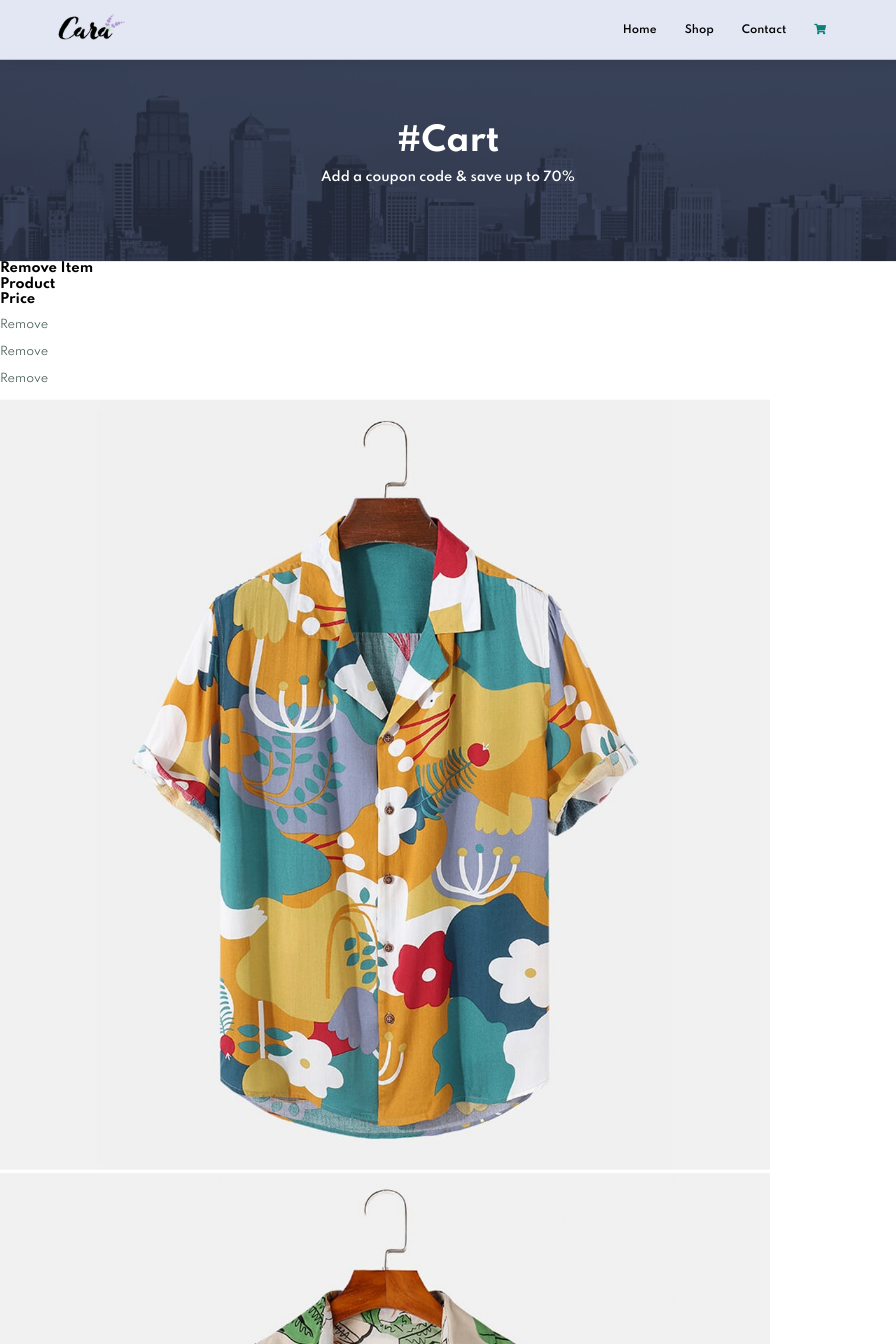
Repository: Daryllgio/E-Commerce-Website-UI
Page: cart.html
An editor plug-in stored every save of this project. The page is shown before and after the next save, followed by the edit.
The browser window is 1280 px wide. The pictures show the part of the page from y = 0 to 1920 px (the page is 4349 px tall), at 70% of full size.
Some web libraries are served in a nearby version.

Above is the page before, as saved 2025-01-02 01:30:27.

### cart.html
<!DOCTYPE html>
<html lang="en">

<head>
    <meta charset="UTF-8">
    <meta http-equiv="X-UA-Compatible" content="IE=edge">
    <meta name="viewport" content="width=device-width, initial-scale=1.0">
    <title>Document</title>

    <link rel="stylesheet" href="https://pro.fontawesome.com/releases/v5.10.0/css/all.css" />

    <link rel="stylesheet" href="style.css">
</head>

<body>
    <section id="header">
        <a href="#"><img src="img/logo.png" id="logo" class="logo" alt=""></a>

        <div>
            <ul id="navbar">
                <li>
                    <a href="index.html">Home</a>
                </li>
                <li>
                    <a href="shop.html">Shop</a>
                </li>
                <li>
                    <a href="contact.html">Contact</a>
                </li>
                <li>
                    <a class="active" href="cart.html"><i class="fa fa-shopping-cart" aria-hidden="true"></i></a>
                </li>

            </ul>
        </div>
    </section>

    <section id="CartPageheader" class="section-p1">
        <h2>#Cart</h2>
        <p>Add a coupon code & save up to 70%</p>
    </section>

    <section id="Cart-Summary-Container">
        <div>
            <h3>
                Remove Item
            </h3>
            <h3>
                Product
            </h3>
            <h3>
                Price
            </h3>

        </div>
        <div>
            <p>
                Remove
            </p>
            <p>
                Remove
            </p>
            <p>
                Remove
            </p>
        </div>

        <div>
            <img src="img/products/f1.jpg" class="option" alt="">
            <img src="img/products/f2.jpg" class="option" alt="">
            <img src="img/products/f3.jpg" class="option" alt="">
        </div>

        <div>
            <p>
                Cartoon Astronaut T-Shirts
            </p>
            <p>
                Cartoon Astronaut T-Shirts
            </p>
            <p>
                Cartoon Astronaut T-Shirts
            </p>
        </div>
        <div>
            <p>
                $118.9
            </p>
            <p>
                $118.9
            </p>
            <p>
                $118.9
            </p>
        </div>

        <div>
            <div class="Product-Num-Container">
                <div class="dropdown">
                    <button class="Size-btn" onclick="toggleDropdown('myDropdown2')">1</button>
                    <div class="dropdown-content" id="myDropdown2">
                        <a href="#" onclick="updateButtonText('myDropdown2', this)">1</a>
                        <a href="#" onclick="updateButtonText('myDropdown2', this)">2</a>
                        <a href="#" onclick="updateButtonText('myDropdown2', this)">3</a>
                        <a href="#" onclick="updateButtonText('myDropdown2', this)">4</a>
                        <a href="#" onclick="updateButtonText('myDropdown2', this)">5</a>
                        <a href="#" onclick="updateButtonText('myDropdown2', this)">6</a>
                        <a href="#" onclick="updateButtonText('myDropdown2', this)">7</a>
                        <a href="#" onclick="updateButtonText('myDropdown2', this)">8</a>
                        <a href="#" onclick="updateButtonText('myDropdown2', this)">9</a>
                        <a href="#" onclick="updateButtonText('myDropdown2', this)"></a>
                    </div>
                </div>
            </div>
            <div class="Product-Num-Container">
                <div class="dropdown">
                    <button class="Size-btn" onclick="toggleDropdown('myDropdown2')">1</button>
                    <div class="dropdown-content" id="myDropdown2">
                        <a href="#" onclick="updateButtonText('myDropdown2', this)">1</a>
                        <a href="#" onclick="updateButtonText('myDropdown2', this)">2</a>
                        <a href="#" onclick="updateButtonText('myDropdown2', this)">3</a>
                        <a href="#" onclick="updateButtonText('myDropdown2', this)">4</a>
                        <a href="#" onclick="updateButtonText('myDropdown2', this)">5</a>
                        <a href="#" onclick="updateButtonText('myDropdown2', this)">6</a>
                        <a href="#" onclick="updateButtonText('myDropdown2', this)">7</a>
                        <a href="#" onclick="updateButtonText('myDropdown2', this)">8</a>
                        <a href="#" onclick="updateButtonText('myDropdown2', this)">9</a>
                        <a href="#" onclick="updateButtonText('myDropdown2', this)"></a>
                    </div>
                </div>
            </div>
            <div class="Product-Num-Container">
                <div class="dropdown">
                    <button class="Size-btn" onclick="toggleDropdown('myDropdown2')">1</button>
                    <div class="dropdown-content" id="myDropdown2">
                        <a href="#" onclick="updateButtonText('myDropdown2', this)">1</a>
                        <a href="#" onclick="updateButtonText('myDropdown2', this)">2</a>
                        <a href="#" onclick="updateButtonText('myDropdown2', this)">3</a>
                        <a href="#" onclick="updateButtonText('myDropdown2', this)">4</a>
                        <a href="#" onclick="updateButtonText('myDropdown2', this)">5</a>
                        <a href="#" onclick="updateButtonText('myDropdown2', this)">6</a>
                        <a href="#" onclick="updateButtonText('myDropdown2', this)">7</a>
                        <a href="#" onclick="updateButtonText('myDropdown2', this)">8</a>
                        <a href="#" onclick="updateButtonText('myDropdown2', this)">9</a>
                        <a href="#" onclick="updateButtonText('myDropdown2', this)"></a>
                    </div>
                </div>
            </div>
        </div>
        <div>
            <h3>
                SubTotal
            </h3>
            <p>
                $118.9
            </p>
            <p>
                $118.9
            </p>
            <p>
                $118.9
            </p>
        </div>
    </section>


    <script src="script.js"></script>

</body>

</html>

### style.css
@import url("https://fonts.googleapis.com/css2?family=Spartan:wght@100;200;300;400;500;600;700;800;900&display=swap");

* {
  margin: 0;
  padding: 0;
  box-sizing: border-box;
  font-family: "Spartan", sans-serif;
}

html {
  scroll-behavior: smooth;
}

/* Global Styles */

h1 {
  font-size: 50px;
  line-height: 64px;
  color: #222;
}

h2 {
  font-size: 46px;
  line-height: 54px;
  color: #222;
}

h4 {
  font-size: 20px;
  color: #222;
}

h6 {
  font-weight: 700;
  font-size: 12px;
}

p {
  font-size: 16px;
  color: #465b52;
  margin: 15px 0 20px 0;
}

.section-p1 {
  padding: 40px 80px;
}

.section-m1 {
  margin: 40px 0;
}

button.normal {
  font-size: 14px;
  font-weight: 400;
  padding: 15px 20px;
  border-radius: 5px;
  cursor: pointer;
  border: none;
  outline: none;
  transition: 0.3s;
}

body {
  width: 100%;
}

#header {
  display: flex;
  align-items: center;
  justify-content: space-between;
  padding: 20px 80px;
  background: #E3E6F3;
  box-shadow: 0 5px 15px rgba(0, 0, 0, 0.06);
  position: sticky;
  top: 0;
  left: 0;

}



#navbar {
  display: flex;
  align-items: center;
  justify-content: center;
}

#navbar li {
  list-style: none;
  padding: 0px 20px;
}

#navbar li a {
  text-decoration: none;
  font-size: 15px;
  font-weight: 600;
  color: #000;
  transition: 0.3s ease;
}

#navbar li a:hover,
#navbar li a.active {
  color: #088178;
}

#HomeHeaderContent {
  background-image: url("img/hero4.png");
  height: 90vh;
  width: 100%;
  background-size: cover;
  background-position: top 25% right 0;
  padding: 0 80px;
  align-items: flex-start;
  display: flex;
  flex-direction: column;
  justify-content: center;
}

#HomeHeaderContent h4 {
  margin-bottom: 10px;
}

#HomeHeaderContent h1 {
  color: #088178;
}

#HomeHeaderContent button {
  color: #088178;
  background-image: url("img/button.png");
  font-size: 15px;
  font-weight: 600;
  background-color: transparent;
  border: 0;
  padding: 14px 80px 14px 65px;
  background-repeat: no-repeat;
  cursor: pointer;
}

#Features {
  display: flex;
  justify-content: space-between;
}

#Features .fe-box {
  width: 200px;
  text-align: center;
  padding: 35px 25px;
  border: 1px solid #cce7d0;
  box-shadow: 20px 20px 34px rgba(0, 0, 0, 0.03);
  border-radius: 10px;
}

#Features .fe-box:hover {
  box-shadow: 10px 10px 54px rgba(0, 0, 0, 0.1);
}

#Features .fe-box img {
  margin-bottom: 10px;
}

#Features .fe-box h6 {
  font-size: 13px;
  display: inline-block;
  line-height: 1;
  border-radius: 4px;
  color: #088178;
  background-color: #fddde4;
  padding: 9px 8px 6px 8px;
}

#Features .fe-box:nth-child(2) h6 {
  background-color: #cdebbc;
}

#Features .fe-box:nth-child(3) h6 {
  background-color: #d1e8f2;
}

#Features .fe-box:nth-child(4) h6 {
  background-color: #cdd4f8;
}

#Features .fe-box:nth-child(5) h6 {
  background-color: #f6dbf6;
}

#Features .fe-box:nth-child(6) h6 {
  background-color: #fff2e5;
}

#product1 {
  text-align: center;
}

#product1 .pro {
  width: 23%;
  min-width: 250px;
  padding: 10px 25px;
  border: 1px solid #f0f0f0;
  border-radius: 20px;
  cursor: pointer;
  box-shadow: 20px 20px 30px rgba(0, 0, 0, 0.02);
  transition: 0.3s ease;
}

#product1 .pro:hover {
  box-shadow: 20px 20px 30px rgba(0, 0, 0, 0.06);

}

#product1 .pro img {
  width: 100%;
  border-radius: 20px;
}

#product1 .pro .des {
  text-align: start;
  padding: 10px 0;
}

#product1 .pro .des span {
  color: #606063;
  font-size: 12px;
}

#product1 .pro .des h5 {
  color: #1a1a1a;
  font-size: 14px;
  padding-top: 7px;
}

#product1 .pro .des .fa-star {
  color: rgb(243, 181, 25);
  font-size: 12px;
}

#product1 .pro .des h4 {
  font-size: 16px;
  padding-top: 7px;
  font-weight: 700;
  color: #088178;

}

#product1 .pro .Shop {
  display: flex;
  justify-content: space-between;
}

#product1 .pro .des .fa-shopping-cart {
  width: 40px;
  height: 40px;
  line-height: 40px;
  border-radius: 50px;
  font-size: 17px;
  background-color: #e8f6ea;
  font-weight: 500;
  color: #088178;
  border: 1px solid #cce7d0;
  text-align: center;
}

#product1 .pro-container {
  display: flex;
  justify-content: space-between;
  padding: 20px;
  flex-wrap: wrap;
}


#banner {
  background-image: url("img/banner/b2.jpg");
  height: 40vh;
  width: 100%;
  background-size: cover;
  background-position: top 25% right 0;
  padding: 0 80px;
  text-align: center;
  display: flex;
  flex-direction: column;
  align-items: center;
  justify-content: center;
}

#banner p {
  font-size: 15px;
  margin-bottom: 15px;
  font-weight: 400;
  color: #ffffff;
}

#banner h2 {
  color: #fff;
  margin-bottom: 15px;
}

#banner span {
  color: red;
}

#banner button:hover {
  color: #fff;
  background-color: #088178;
}



#sm-banner {
  display: flex;
  justify-content: space-between;
  flex-wrap: wrap;
  margin-bottom: 10px;
}

#sm-banner .banner-box {
  background-image: url("img/banner/b17.jpg");
  height: 50vh;
  min-width: 620px;
  background-size: cover;
  padding: 0 20px;
  display: flex;
  flex-direction: column;
  align-items: flex-start;
  justify-content: center;

}

#sm-banner .banner-box:nth-child(2) {
  background-image: url("img/banner/b10.jpg");
}

#sm-banner p {
  font-size: 20px;
  color: #fff;
}

#sm-banner h2 {
  color: #fff;
}

#sm-banner span {
  font-size: 17px;
  color: #fff;
  margin-top: 15px;
}

#sm-banner button {
  margin-top: 25px;
  background-color: transparent;
  color: #fff;
  border: 1px solid #fff;
  transition: 0.3s ease;

}

#sm-banner button:hover {
  border: 0;
  background-color: #088178;
}




#sm-banner2 {
  display: flex;
  justify-content: space-between;
}

#sm-banner2 .banner-box {
  background-image: url("img/banner/b7.jpg");
  height: 30vh;
  width: 420px;
  background-size: cover;
  padding: 0 20px;
  display: flex;
  flex-direction: column;
  align-items: flex-start;
  justify-content: center;
  overflow: hidden;

}

#sm-banner2 .banner-box:nth-child(2) {
  background-image: url("img/banner/b4.jpg");
}

#sm-banner2 .banner-box:nth-child(3) {
  background-image: url("img/banner/b18.jpg");
}

#sm-banner2 h3 {
  font-size: 28px;
  color: #fff;
}

#sm-banner2 span {
  font-size: 17px;
  color: #fff;
  font-weight: 600;
  margin-top: 15px;
}

#sm-NewsLetter {
  background-image: url("img/banner/b14.png");
  background-repeat: no-repeat;
  height: 20vh;
  width: 100%;
  background-size: cover;
  background-position: top 25% right 30%;
  background-color: #041e42;
}

#sm-NewsLetter .Newsletters-Container {
  justify-content: space-between;
  padding: 0 10px;
  display: flex;
  flex-direction: row;
  align-items: center;
}

#sm-NewsLetter .Newsletters-Container h3 {
  color: #fff;
  font-size: 24px;
}

#sm-NewsLetter .Newsletters-Container p {
  color: #fff;
}

#sm-NewsLetter .Newsletters-Container span {
  color: rgb(243, 181, 25);
}

#sm-NewsLetter .Newsletters-Input {
  display: flex;
}

#sm-NewsLetter input {
  width: 400px;
  border: 0;
  border-radius: 5px;
  border-top-right-radius: 0;
  border-bottom-right-radius: 0;
  height: 55px;
  padding-left: 30px;
  font-size: 16px;
}

#sm-NewsLetter button {
  width: 150px;
  height: 55px;
  font-size: 16px;
  color: #fff;
  background-color: #088178;
  border: 0;
  border-radius: 5px;
  border-top-left-radius: 0;
  border-bottom-left-radius: 0;
}

#Footer {
  display: flex;
  flex-direction: row;
  justify-content: space-between;
}

#Footer .Footer-box {
  display: flex;
  flex-direction: column;
}

#Footer a {
  margin-bottom: 10px;
  text-decoration: none;
  color: #000;
}



#Footer h3 {
  margin-bottom: 10px;
}

#Footer .Social-Icons {
  display: flex;
  flex-direction: row;
  align-items: center;
}

#Footer i {
  margin-right: 10px;
}

#Footer span {
  font-weight: 600;
}

#Footer p {
  margin-bottom: 10px;
}

#Footer .pay {
  border: 1px solid #088178;
  border-radius: 10px;
}

#copyright p {
  text-align: center;
  font-size: 17px;
  font-weight: 400;
}

#ShopPageheader {
  background-image: url("img/banner/b1.jpg");
  height: 40vh;
  width: 100%;
  background-size: cover;
  background-position: top 25% right 0;
  padding: 0 80px;
  text-align: center;
  display: flex;
  flex-direction: column;
  align-items: center;
  justify-content: center;
}

#ShopPageheader h2 {
  color: #fff;
}

#ShopPageheader p {
  color: #fff;
  font-size: 18px;
  font-weight: 600;
}

#ShopPagePagination {
  display: flex;
  align-items: center;
  justify-content: center;
  margin-bottom: 20px;
}

#ShopPagePagination a {
  padding: 20px 25px;
  align-items: center;
  text-align: center;
  background-color: #088178;
  font-size: 15px;
  font-weight: 600;
  border: 0;
  text-decoration: none;
  border-radius: 10px;
  margin-right: 10px;
  color: #fff;
}

#ShopPagePagination a i {
  font-size: 18px;
}

.dropdown-content {
  display: none;
  position: absolute;
  background-color: #f9f9f9;
  min-width: 160px;
  box-shadow: 0px 8px 16px rgba(0, 0, 0, 0.2);
  z-index: 1;
}

.dropdown-content a {
  color: black;
  padding: 12px 16px;
  text-decoration: none;
  display: block;
}

.dropdown-content a:hover {
  background-color: #f1f1f1;
}

#Product-Detail-Container {
  display: flex;
  padding: 0 80px;
  margin-top: 30px;
}

#Product-Detail-Container .OptionContainer {
  display: flex;
  align-items: center;
  flex-direction: column;
  margin-right: 30px;
}

#Product-Detail-Container .OptionSubContainer {
  display: flex;
  justify-content: flex-start;
}



#MainImg {
  width: 590px;
  height: 60vh;
  margin-bottom: 10px;
}

#Product-Detail-Container .option {
  width: 140px;
  height: 20vh;
  margin-right: 10px;
  cursor: pointer;
}

#Product-Detail-Container .Product-Category {
  margin-bottom: 20px;
}

#Product-Detail-Container .Product-Price {
  margin-bottom: 20px;
}

#Product-Detail-Container .dropdown-btn {
  padding: 12px 25px;
  border: 1px solid;
  border-radius: 5px;
  background-color: transparent;
}

#Product-Detail-Container .Product-Num-Container {
  display: flex;
  align-items: center;
  margin-top: 10px;
  margin-bottom: 50px;
}

#Product-Detail-Container .Size-btn {
  padding: 12px 25px;
  border: 1px solid;
  border-radius: 5px;
  text-align: center;
  margin-right: 10px;
  background-color: #fff;
}

#Product-Detail-Container .AddToCart-btn {
  padding: 16px 25px;
  border: 0;
  border-radius: 7px;
  text-align: center;
  background-color: #088178;
  color: #fff;
  font-size: 15px;
  font-weight: 600;
}


#Product-Detail-Container .Product-Detail-Header {
  color: #000;
  font-size: 22px;
  font-weight: 600;
}

#Product-Detail-Container .Product-Details {
  color: #000;
  line-height: 25px;
}

#ContactPageheader {
  background-image: url("img/about/banner.png");
  height: 40vh;
  width: 100%;
  background-size: cover;
  background-position: top 25% right 0;
  padding: 0 80px;
  text-align: center;
  display: flex;
  flex-direction: column;
  align-items: center;
  justify-content: center;
}

#ContactPageheader h2 {
  color: #fff;
}

#ContactPageheader p {
  color: #fff;
  font-size: 18px;
  font-weight: 600;
}

#ContactDetailContainer {
  display: flex;
  align-items: center;
  gap: 20px;
  padding: 30px 50px;
}

#ContactDetailContainer .ContactDetail {
  display: flex;
  align-items: center;
  gap: 10px;
}

#ContactDetailContainer h2 {
  margin-bottom: 20px;
}

#ContactDetailContainer p {
  color: #000;
  font-size: 17px;
}

#Contact-Input {
  display: flex;
  flex-direction: column;
  gap: 10px;
  padding: 20px 100px;
  align-items: center;
}

#Contact-Input h2 {
  text-align: center;
}

#Contact-Input .Input-Box {
  width: 600px;
  height: 40px;
  padding: 0 20px;
  border-radius: 5px;
  border: 1px solid #e1e1e1;
}

#Contact-Input .Input-Message-Box {
  width: 600px;
  height: 200px;
  border: 1px solid #e1e1e1;
  border-radius: 5px;
  padding-left: 15px;
  padding-top: 15px;
}

#Contact-Input button {
  padding: 16px 25px;
  border: 0;
  border-radius: 7px;
  text-align: center;
  background-color: #088178;
  color: #fff;
  font-size: 15px;
  font-weight: 600;
}

#CartPageheader {
  background-image: url("img/about/banner.png");
  height: 40vh;
  width: 100%;
  background-size: cover;
  background-position: top 25% right 0;
  padding: 0 80px;
  text-align: center;
  display: flex;
  flex-direction: column;
  align-items: center;
  justify-content: center;
}

#CartPageheader h2 {
  color: #fff;
}

#CartPageheader p {
  color: #fff;
  font-size: 18px;
  font-weight: 600;
}

### script.js
// Script for navigation bar
function toggleDropdown(dropdownId) {
    const dropdown = document.getElementById(dropdownId);
    const isOpen = dropdown.style.display === "block";
    closeAllDropdowns(); // Close any other open dropdowns
    dropdown.style.display = isOpen ? "none" : "block";
}

function closeAllDropdowns() {
    const dropdowns = document.querySelectorAll(".dropdown-content");
    dropdowns.forEach(dropdown => {
        dropdown.style.display = "none";
    });
}

function updateButtonText(dropdownId, selectedItem) {
    const dropdown = document.getElementById(dropdownId);
    const button = dropdown.previousElementSibling; // Select the button associated with the dropdown
    button.textContent = selectedItem.textContent; // Update button text with the selected item's text
    dropdown.style.display = "none"; // Close the dropdown after selection
}

// Close dropdowns when clicking outside
document.addEventListener("click", function (event) {
    if (!event.target.matches(".dropdown-btn") && !event.target.matches(".Size-btn")) {
        closeAllDropdowns();
    }
});

After the next save:
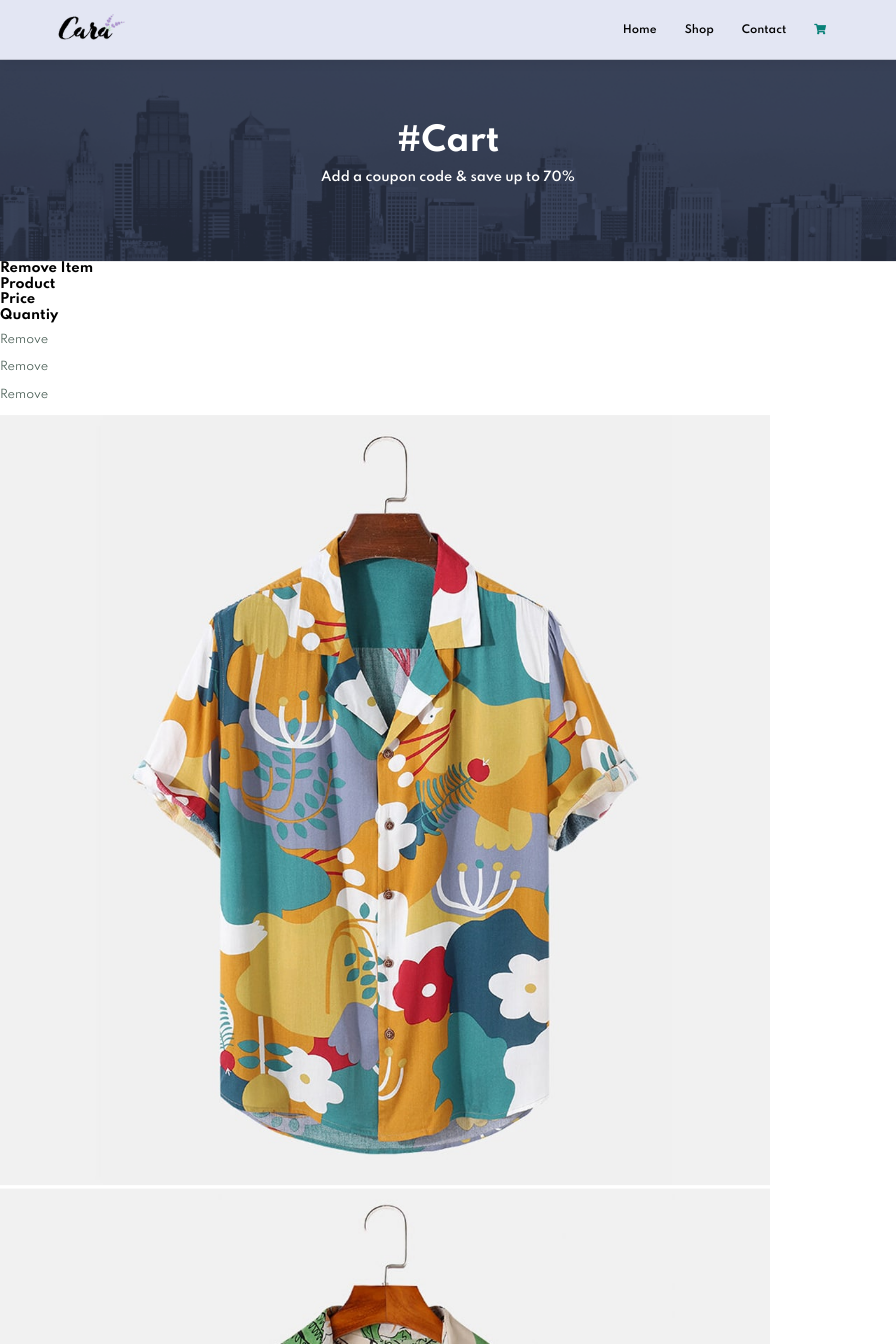
Saved 20 s later.
--- a/cart.html
+++ b/cart.html
@@ -50,6 +50,9 @@
             </h3>
             <h3>
                 Price
+            </h3>
+            <h3>
+                Quantiy
             </h3>
 
         </div>
@@ -148,9 +151,6 @@
             </div>
         </div>
         <div>
-            <h3>
-                SubTotal
-            </h3>
             <p>
                 $118.9
             </p>
